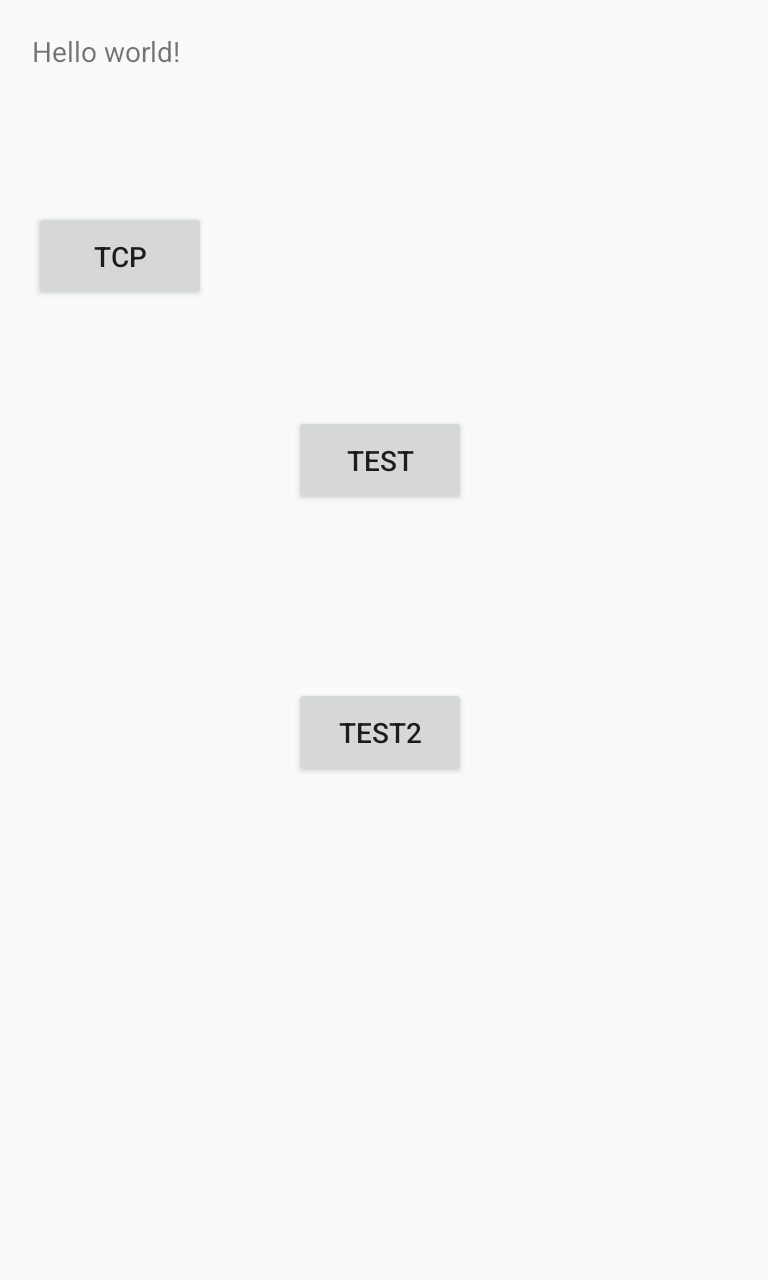
Repository: Chion82/WeFriends
Layout: AndroidTest/res/layout/activity_main.xml
The author's editor kept a copy of each file at every save. The layout is drawn from the files as they stood at one save, then again after the next save.
It is drawn on a 768 x 1280 px phone screen (xhdpi) without system bars, with theme AppTheme; the app's code is not run.

Above is the layout before, as saved 2015-02-09 12:51:00.

After the next save:
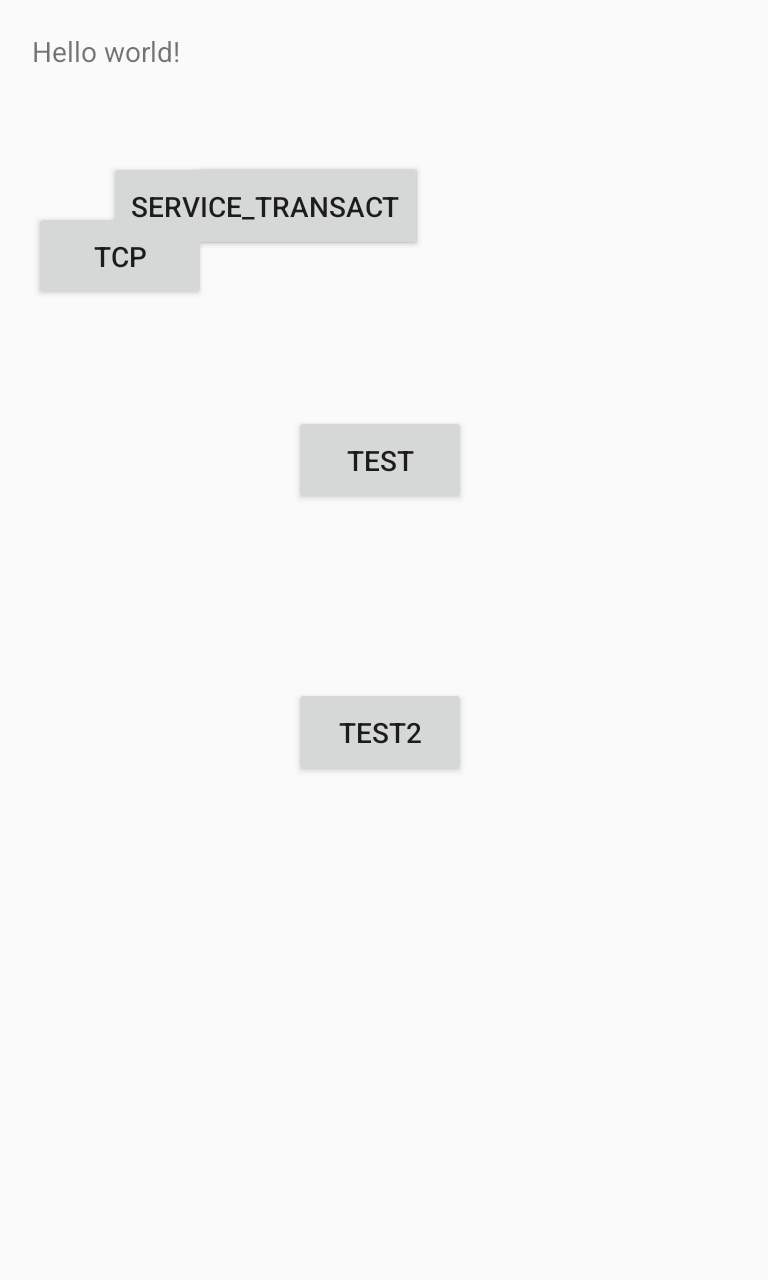
Saved 102 min 55 s later.
--- a/AndroidTest/res/layout/activity_main.xml
+++ b/AndroidTest/res/layout/activity_main.xml
@@ -42,4 +42,24 @@
         android:layout_marginTop="69dp"
         android:text="TCP" />
 
+    <Button
+        android:id="@+id/button_bind_service"
+        android:layout_width="wrap_content"
+        android:layout_height="wrap_content"
+        android:layout_alignRight="@+id/button1"
+        android:layout_below="@+id/textView1"
+        android:layout_marginRight="22dp"
+        android:layout_marginTop="44dp"
+        android:text="Bind Service" />
+
+        <Button
+        android:id="@+id/button_transact_service"
+        android:layout_width="wrap_content"
+        android:layout_height="wrap_content"
+        android:layout_alignRight="@+id/button1"
+        android:layout_below="@+id/textView1"
+        android:layout_marginRight="22dp"
+        android:layout_marginTop="44dp"
+        android:text="Service_transact" />
+
 </RelativeLayout>
